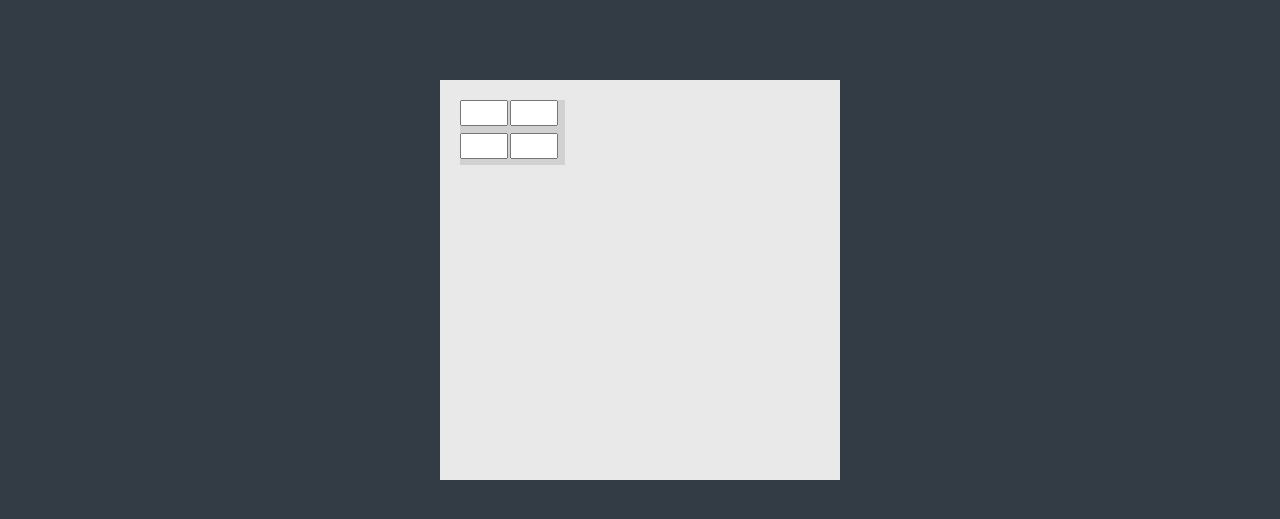
Repository: piookr-wsei/8086
Page: /
An editor plug-in stored every save of this project. The page is shown before and after the next save, followed by the edit.
The browser window is 1280 px wide. The pictures show the whole page.
The project was rebuilt for these pictures with package versions that can differ from the ones it lists, and the page was loaded fresh each time.

Above is the page before, as saved 2022-06-17 00:06:48.

### src/App.js
import logo from './logo.svg';
import './App.css';
import { RegInput, RegWrapper, UiWindow, UiWrapper } from './Components/Components.elements';

function App() {
  return (
    <div className="App">
      <UiWindow>
        <UiWrapper>
          <RegWrapper>
            <RegInput/><RegInput/>
            <RegInput/><RegInput/>
          </RegWrapper>

        </UiWrapper>
      </UiWindow>

    </div>
  );
}

export default App;

### src/App.css
body{
  height: 100%;
  background: rgba(1, 10, 22, 0.8);
}
.App {

}

.App-logo {
  height: 40vmin;
  pointer-events: none;
}

@media (prefers-reduced-motion: no-preference) {
  .App-logo {
    animation: App-logo-spin infinite 20s linear;
  }
}

.App-header {
  background-color: #282c34;
  min-height: 100vh;
  display: flex;
  flex-direction: column;
  align-items: center;
  justify-content: center;
  font-size: calc(10px + 2vmin);
  color: white;
}

.App-link {
  color: #61dafb;
}

@keyframes App-logo-spin {
  from {
    transform: rotate(0deg);
  }
  to {
    transform: rotate(360deg);
  }
}

### src/Components/Components.elements.js
import styled from "styled-components";

export const UiWindow = styled.div`
height: 400px;
width: 400px;
background: rgb(233,233,233);
position: relative;
margin: auto;
top: 80px;
`

export const UiWrapper = styled.div`
border: 20px solid transparent;

`

export const RegWrapper = styled.div`
width: 105px;
min-height: 65px;
background: rgba(0,0,0,0.1);
position: relative;
left: 0;
display: grid;
grid-template-columns: 50px 50px;
`

export const RegInput = styled.input`
height: 20px;
width: 40px;
`

Loaded but not shown: public/index.html (common file); src/index.js (common file); src/index.css (common file); src/reportWebVitals.js (common file)

After the next save:
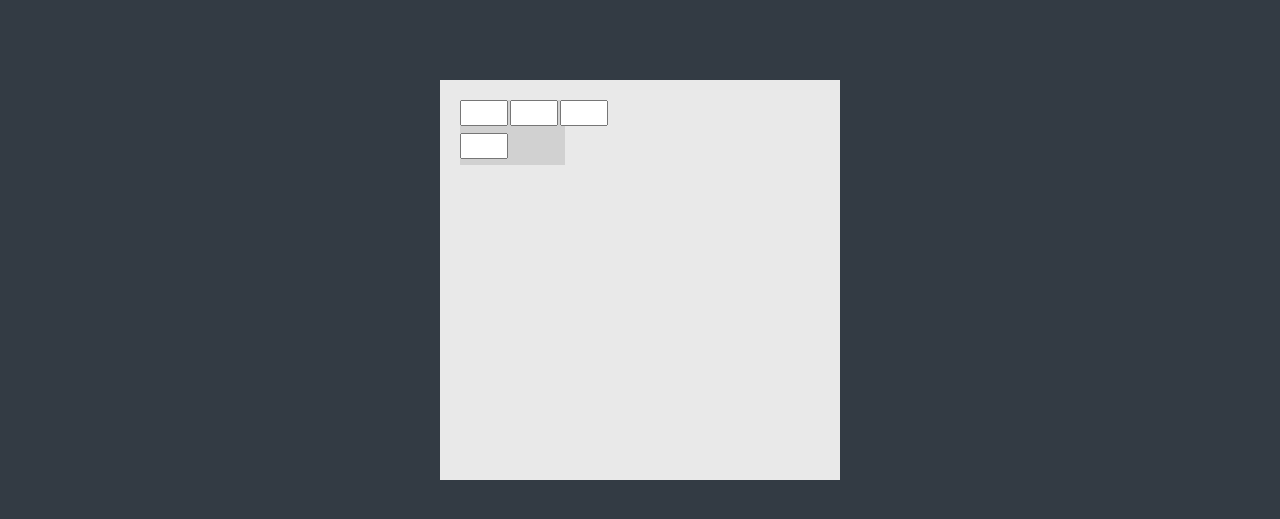
Saved 17 s later.
--- a/src/Components/Components.elements.js
+++ b/src/Components/Components.elements.js
@@ -21,7 +21,7 @@ background: rgba(0,0,0,0.1);
 position: relative;
 left: 0;
 display: grid;
-grid-template-columns: 50px 50px;
+grid-template-columns: 50px 50px 50px;
 `
 
 export const RegInput = styled.input`
